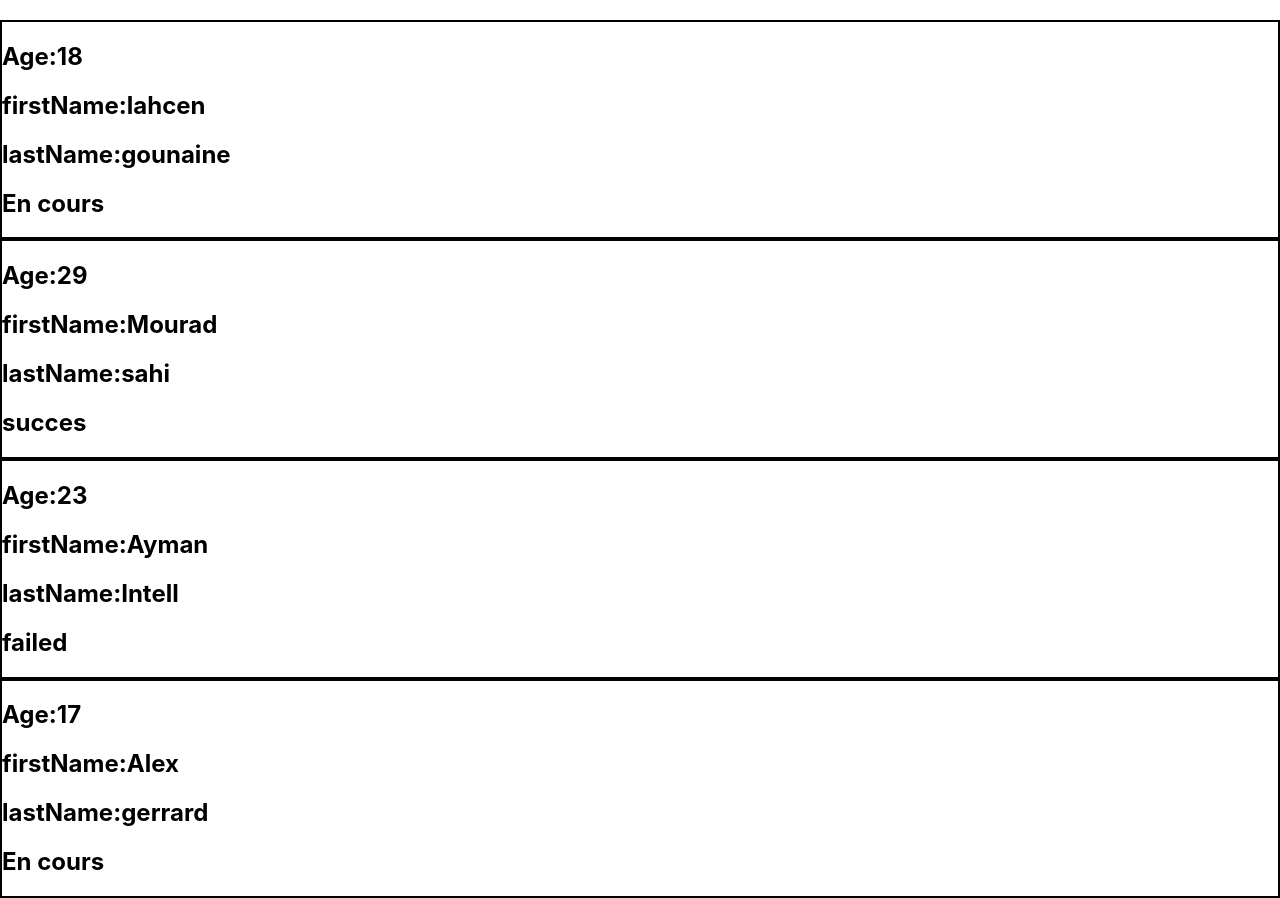
Repository: gounaine/Add_candidat
Page: /
An editor plug-in stored every save of this project. The page is shown before and after the next save, followed by the edit.
The browser window is 1280 px wide. The pictures show the whole page.
The project was rebuilt for these pictures with package versions that can differ from the ones it lists, and the page was loaded fresh each time.

Above is the page before, as saved 2024-05-26 19:42:41.

After the next save:
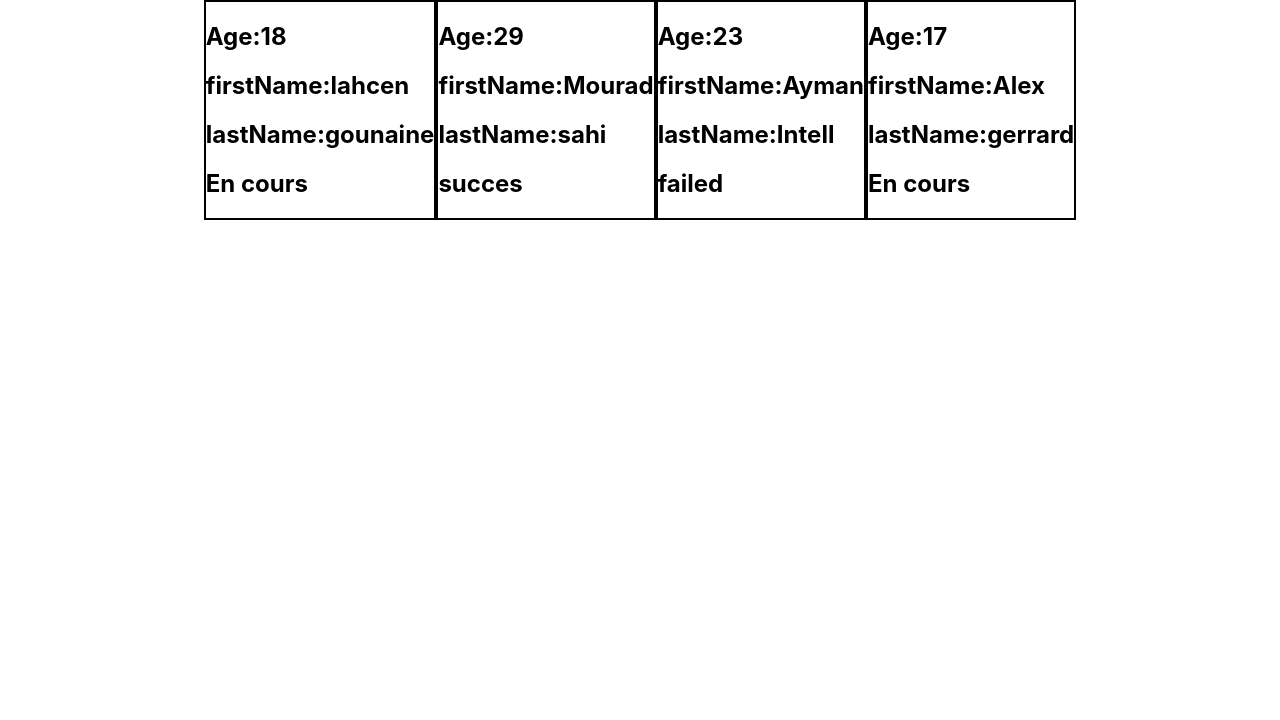
Saved 73 s later.
--- a/src/App.css
+++ b/src/App.css
@@ -45,7 +45,10 @@
   font-family: monospace;
 
 }
-body{
+#root{
+  display: flex;
+  justify-content: center;
+  align-items:center;
 
 
 
